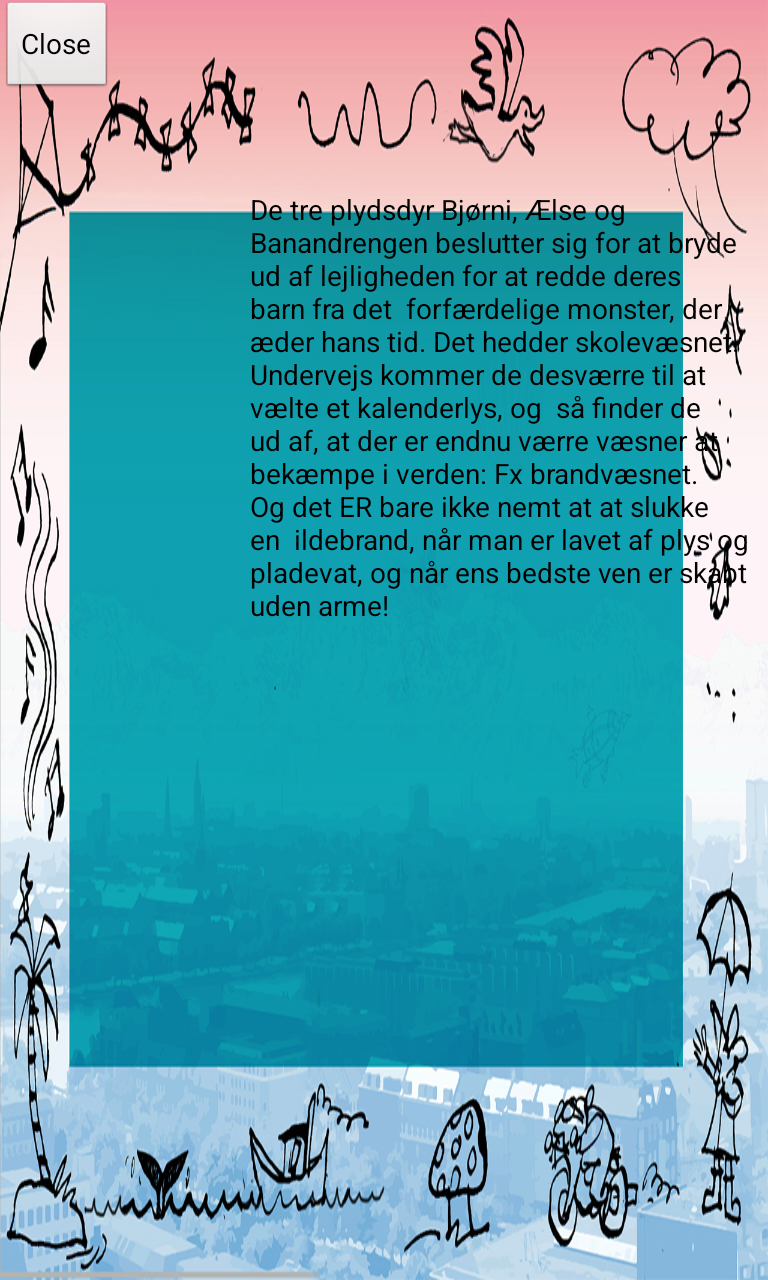
Repository: DreadMuffin/work
Layout: tablets/Historie/res/layout/popup3.xml
The author's editor kept a copy of each file at every save. The layout is drawn from the files as they stood at one save, then again after the next save.
It is drawn on a 768 x 1280 px phone screen (xhdpi) without system bars, with theme android:Theme.NoTitleBar; the app's code is not run.

Above is the layout before, as saved 2015-02-26 04:35:44.

After the next save:
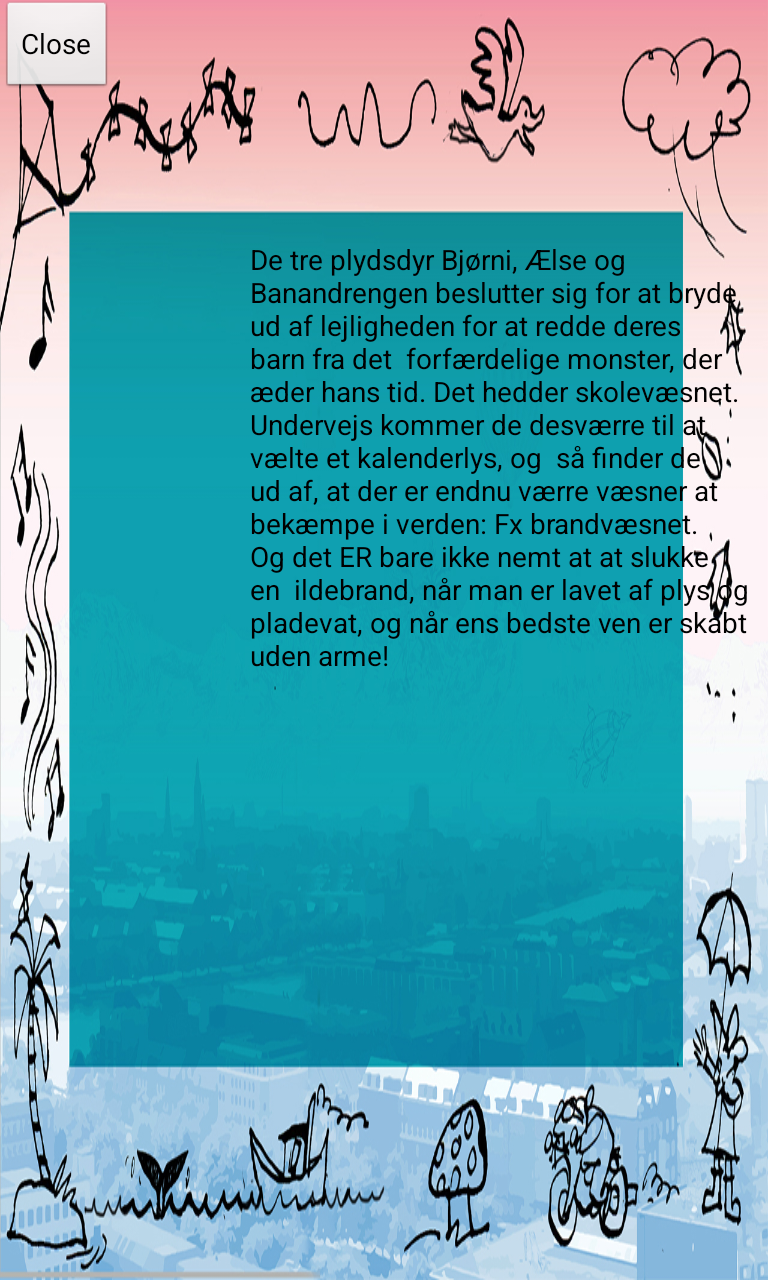
Saved 4 s later.
--- a/tablets/Historie/res/layout/popup3.xml
+++ b/tablets/Historie/res/layout/popup3.xml
@@ -24,7 +24,7 @@
 
 	<TextView
 	    android:layout_width="500dp"
-	    android:layout_height="450dp"
+	    android:layout_height="400dp"
 	    android:layout_centerVertical="true"
 	    android:layout_marginLeft="125dp"
 	    android:textColor="#000000"
